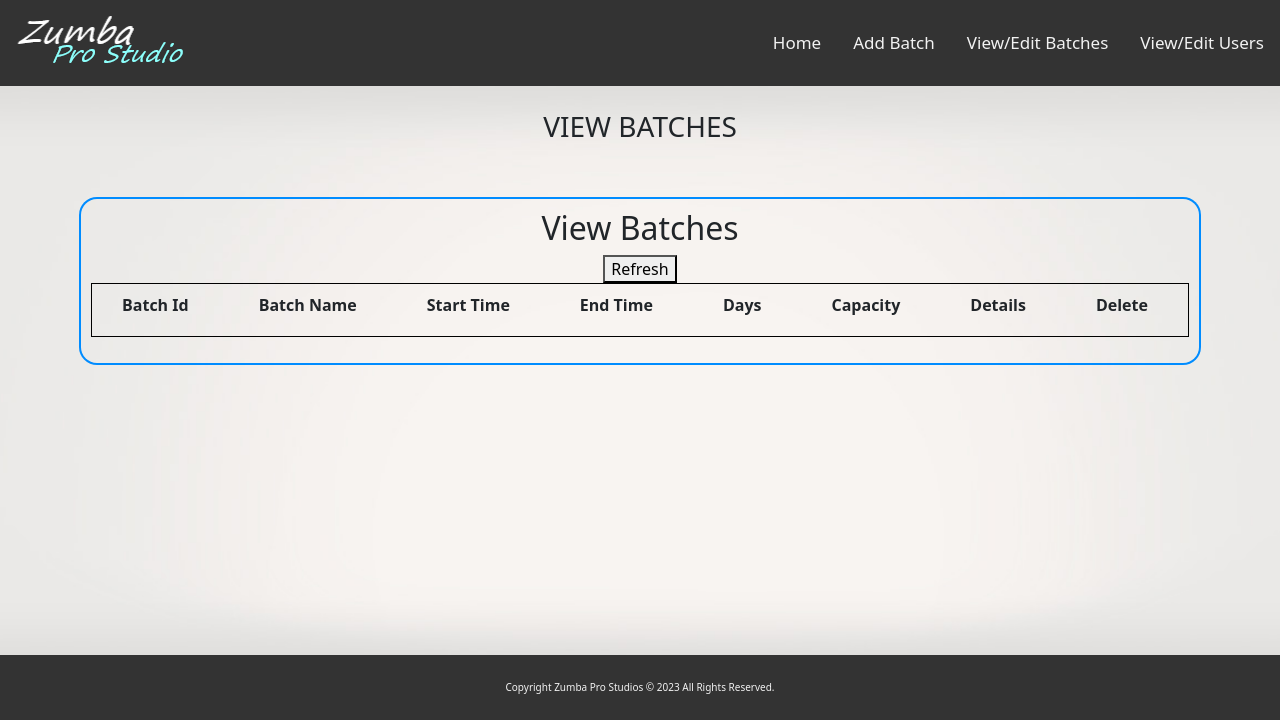
Repository: basemsamuel/Zumba
Page: http://localhost/ZumbaProStudio/admin.jsp
The author's editor kept a copy of each file at every save. The page is drawn from the files as they stood at one save, then again after the next save.
The browser window is 1280 px wide. The pictures show the whole page.
The page is served by Tomcat 10.

Above is the page before, as saved 2023-07-31 02:09:43.

After the next save:
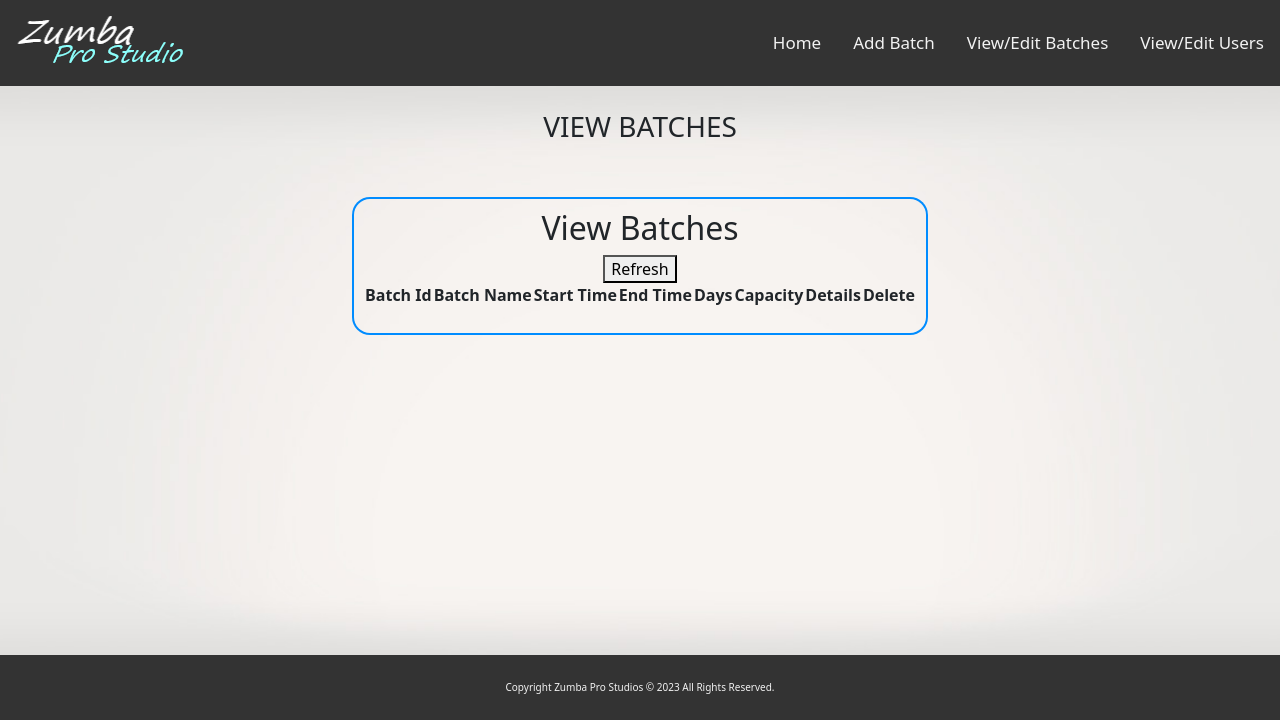
Saved 44 s later.
--- a/ZumbaProStudio/src/main/webapp/css/styles.css
+++ b/ZumbaProStudio/src/main/webapp/css/styles.css
@@ -84,12 +84,12 @@
 			color: #FF0000;
 		}
 
-		.batchview {
+		.batchviewtable {
 			border: 1px solid black;
 			border-collapse: collapse;
 		}
 
-		.batchview th, td {
+		.batchviewtable th {
 			 padding-top: 10px;
 			 padding-bottom: 20px;
 			 padding-left: 30px;

After the save that followed:
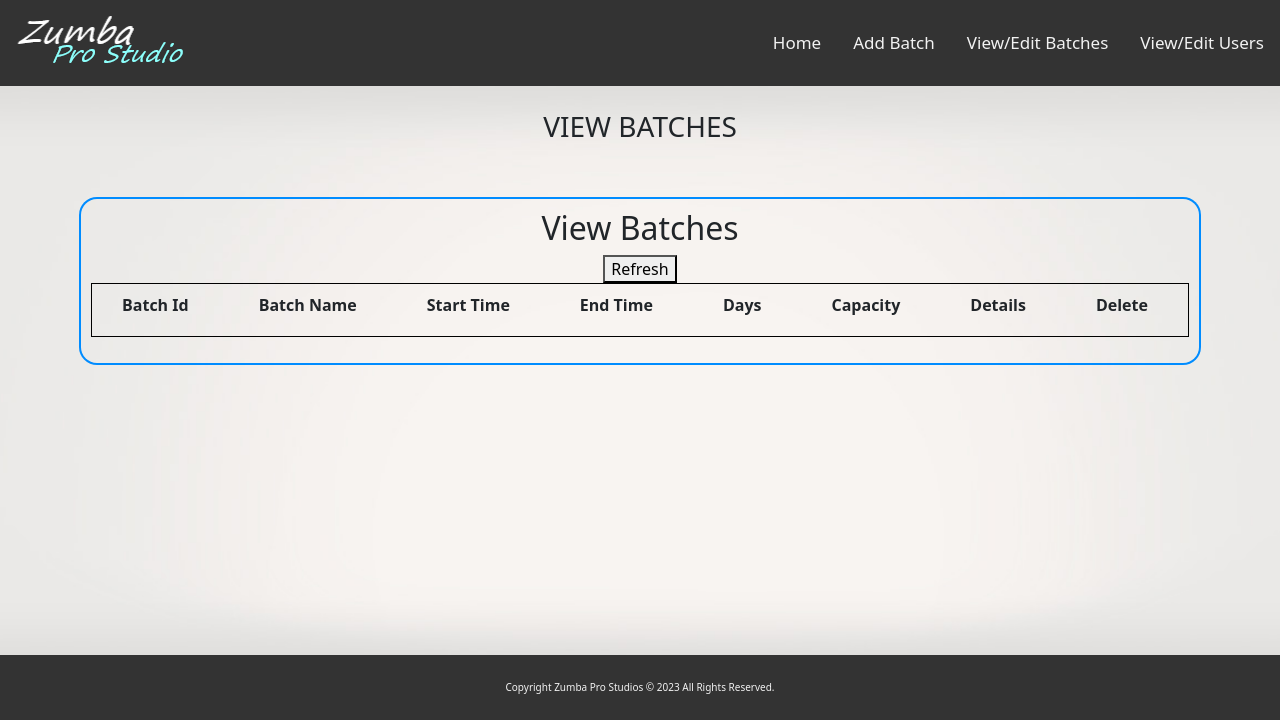
Saved 29 s later.
--- a/ZumbaProStudio/src/main/webapp/admin.jsp
+++ b/ZumbaProStudio/src/main/webapp/admin.jsp
@@ -14,7 +14,7 @@
 						    <h2>View Batches</h2>
 						    <input type="hidden" name="htmlFormName" value="ViewBatches" />
 						    <button type="submit" value="Submit">Refresh</button>
-						    <table class="batchview">
+						    <table class=batchviewtable>
 						    	<tr>
 							    	<th style="padding:5px,">Batch Id</th>
 							    	<th>Batch Name</th>
